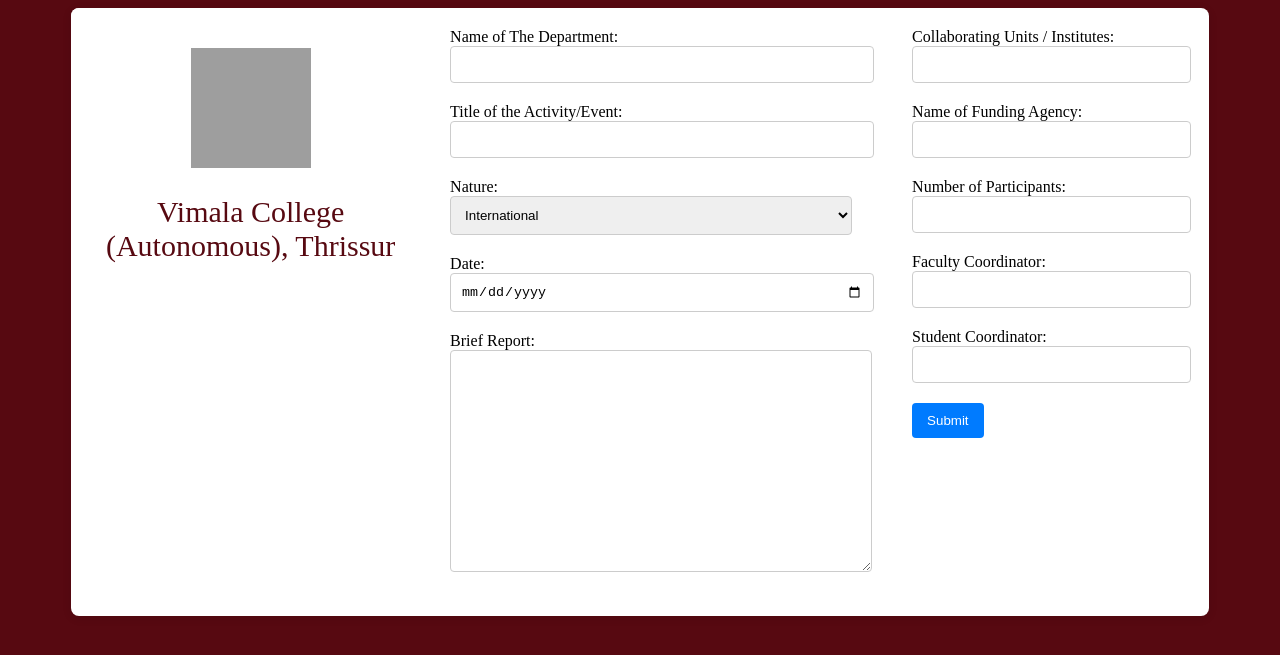
Repository: Rammjay/vimala-activity-report
Page: http://localhost/
The author's editor kept a copy of each file at every save. The page is drawn from the files as they stood at one save, then again after the next save.
The browser window is 1280 px wide. The pictures show the whole page.
Pictures or frames that could not be fetched are drawn as grey boxes. The page is served by the project's application, run on Django 5.2 (report/manage.py).

Above is the page before, as saved 2024-09-22 15:23:25.

After the next save:
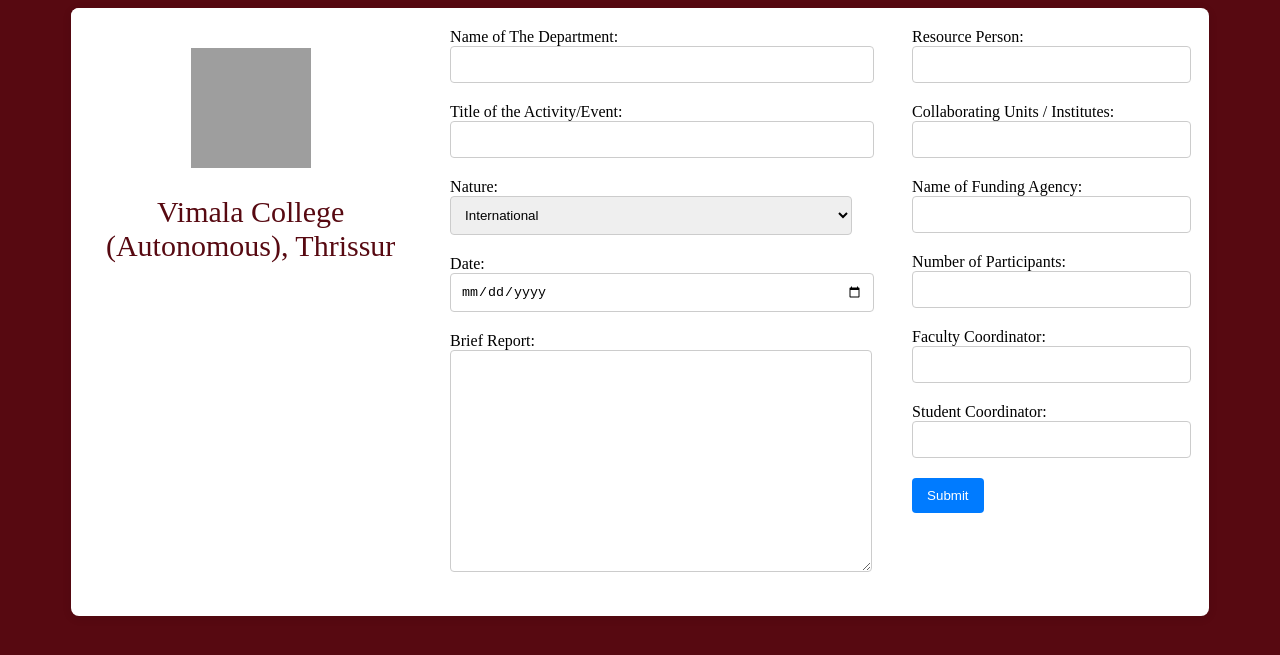
Saved 4 s later.
--- a/vim/report/reports/templates/1.html
+++ b/vim/report/reports/templates/1.html
@@ -116,7 +116,8 @@
             </div>
             <div class="side">
 
-
+                <label for="rp">Resource Person:</label>
+                <input type="text" id="rp" name="rp" maxlength="25" required>
 
                     <label for="colu">Collaborating Units / Institutes:</label>
                     <input type="text" id="colu" name="colu" maxlength="25" required>
